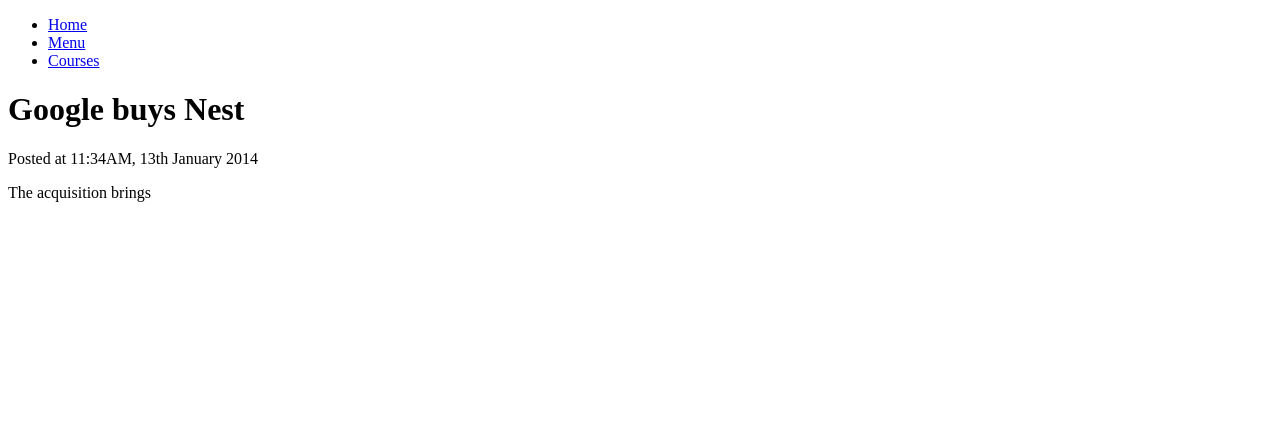
Repository: Helianthusss/Learn-CPP
Page: HTML/menu.html
The author's editor kept a copy of each file at every save. The page is drawn from the files as they stood at one save, then again after the next save.
The browser window is 1280 px wide. The pictures show the whole page.

Above is the page before, as saved 2021-09-22 08:05:38.

### HTML/menu.html
<!DOCTYPE html>
<html lang="en">
  <head>
    <meta charset="UTF-8" />
    <meta http-equiv="X-UA-Compatible" content="IE=edge" />
    <meta name="viewport" content="width=device-width, initial-scale=1.0" />
    <title>Document</title>
    <nav id="topmenu">
      <ul>
        <li><a href="#"> Home</a></li>
        <li><a href="#"> Menu</a></li>
        <li><a href="#"> Courses</a></li>
      </ul>
    </nav>
  </head>
  <body>
    <header>
      <h1>Google buys Nest</h1>
      <p>
        Posted at
        <time datetime="2014-01-13T11:34">11:34AM, 13th January 2014</time>
      </p>
    </header>
    <p>The acquisition brings</p>
  </body>
</html>

After the next save:
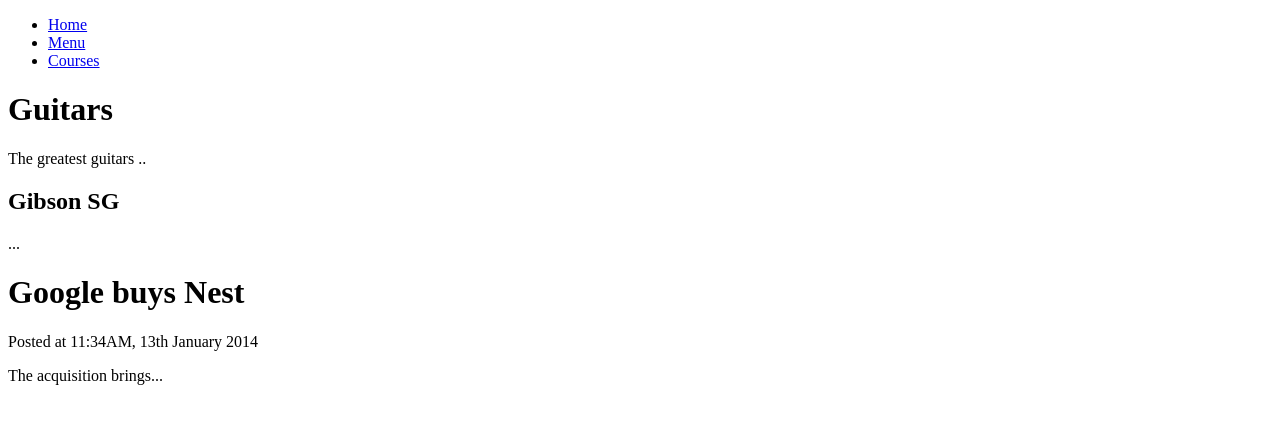
Saved 4 min 13 s later.
--- a/HTML/menu.html
+++ b/HTML/menu.html
@@ -12,6 +12,14 @@
         <li><a href="#"> Courses</a></li>
       </ul>
     </nav>
+    <main>
+      <h1>Guitars</h1>
+      <p>The greatest guitars ..</p>
+      <article>
+        <h2>Gibson SG</h2>
+        <p>...</p>
+      </article>
+    </main>
   </head>
   <body>
     <header>
@@ -21,6 +29,6 @@
         <time datetime="2014-01-13T11:34">11:34AM, 13th January 2014</time>
       </p>
     </header>
-    <p>The acquisition brings</p>
+    <p>The acquisition brings...</p>
   </body>
 </html>
